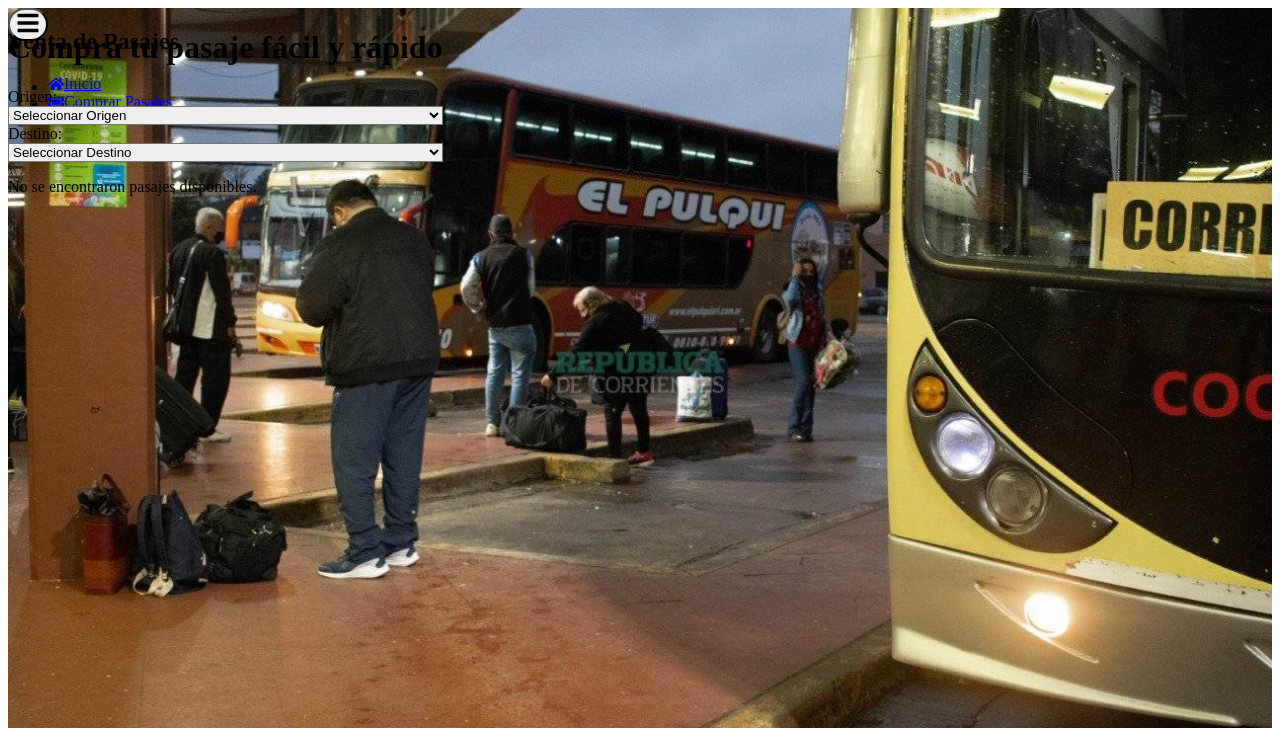
Repository: francoluca35/ventaboletos
Page: /tickets
The author's editor kept a copy of each file at every save. The page is drawn from the files as they stood at one save, then again after the next save.
The browser window is 1280 px wide. The pictures show the whole page.
The page's requests for data from a server got no answer. The project was rebuilt for these pictures with package versions that can differ from the ones it lists, and the page was loaded fresh each time. The framework's server and built-in components were replaced by stand-ins that run in the browser. No one was signed in, and anything a server would have sent is missing. Also part of the build but not shown: next.config.mjs.

Above is the page before, as saved 2025-03-14 18:40:32.

### src/app/layout.js
import { Geist, Geist_Mono } from "next/font/google";
import "./globals.css";
import "./style/tailwinds.css"
const geistSans = Geist({
  variable: "--font-geist-sans",
  subsets: ["latin"],
});

const geistMono = Geist_Mono({
  variable: "--font-geist-mono",
  subsets: ["latin"],
});

export const metadata = {
  title: "Create Next App",
  description: "Generated by create next app",
};

export default function RootLayout({ children }) {
  return (
    <html lang="en">
      <body
        className={`${geistSans.variable} ${geistMono.variable} antialiased`}
      >
        {children}
      </body>
    </html>
  );
}

### src/app/tickets/page.js
"use client";

import { useState, useEffect } from "react";
import Sidebar from "../components/Sidebar";
import axios from "axios";

export default function Home() {
  const [origen, setOrigen] = useState("");
  const [destino, setDestino] = useState("");
  const [fechaDesde, setFechaDesde] = useState("");
  const [fechaHasta, setFechaHasta] = useState("");
  const [pasajes, setPasajes] = useState([]);
  const [todosLosViajes, setTodosLosViajes] = useState([]);
  const [origenesDisponibles, setOrigenesDisponibles] = useState([]);
  const [destinosDisponibles, setDestinosDisponibles] = useState([]);

  useEffect(() => {
    axios.get("http://localhost:5000/api/tickets")
      .then(response => {
        console.log("Datos recibidos:", response.data); // <-- VERIFICA LOS DATOS EN CONSOLA
        setTodosLosViajes(response.data);
        setPasajes(response.data);

        // Obtener valores únicos de origen y destino
        const origenes = [...new Set(response.data.map(ticket => ticket.origen))];
        const destinos = [...new Set(response.data.map(ticket => ticket.destino))];

        console.log("Origenes:", origenes); // <-- VERIFICA QUE ESTO NO SEA VACÍO
        setOrigenesDisponibles(origenes);
        setDestinosDisponibles(destinos);
      })
      .catch(error => console.error("Error cargando viajes:", error));
  }, []);

  return (
    <div className="relative w-full h-screen bg-cover bg-center" style={{ backgroundImage: "url('/fondo-pasajes.jpg')" }}>
      <Sidebar />
      <div className="absolute inset-0 bg-black bg-opacity-50 flex flex-col justify-center items-center">
        <h1 className="text-white text-4xl font-bold mb-6">Compra tu pasaje fácil y rápido</h1>

        {/* Formulario de Búsqueda */}
        <div className="bg-white p-6 rounded-lg shadow-lg w-full max-w-2xl">
          <div className="grid grid-cols-1 md:grid-cols-2 gap-4">

            {/* Origen */}
            <div>
              <label className="block text-gray-700">Origen:</label>
              <select
                className="w-full p-2 border rounded"
                value={origen}
                onChange={(e) => setOrigen(e.target.value)}
              >
                <option value="">Seleccionar Origen</option>
                {origenesDisponibles.length > 0 ? (
                  origenesDisponibles.map((origen, index) => (
                    <option key={index} value={origen}>{origen}</option>
                  ))
                ) : (
                  <option disabled>Cargando...</option>
                )}
              </select>
            </div>

            {/* Destino */}
            <div>
              <label className="block text-gray-700">Destino:</label>
              <select
                className="w-full p-2 border rounded"
                value={destino}
                onChange={(e) => setDestino(e.target.value)}
              >
                <option value="">Seleccionar Destino</option>
                {destinosDisponibles.length > 0 ? (
                  destinosDisponibles.map((destino, index) => (
                    <option key={index} value={destino}>{destino}</option>
                  ))
                ) : (
                  <option disabled>Cargando...</option>
                )}
              </select>
            </div>
          </div>
        </div>

        {/* Resultados */}
        <div className="mt-6 w-full max-w-3xl">
          {pasajes.length > 0 ? (
            <ul className="bg-white p-4 rounded-lg shadow-lg">
              {pasajes.map(ticket => (
                <li key={ticket.id} className="border-b py-2 flex flex-col">
                  <span className="font-bold">{ticket.origen} ➝ {ticket.destino}</span>
                  <span>Precio: ${ticket.precio}</span>
                  <span>Desde: {ticket.fechaDesde} - Hasta: {ticket.fechaHasta}</span>
                </li>
              ))}
            </ul>
          ) : (
            <p className="text-white mt-4">No se encontraron pasajes disponibles.</p>
          )}
        </div>
      </div>
    </div>
  );
}

### src/app/components/Sidebar.js
'use client'
"use client"; // Importante si usas App Router

import Link from "next/link";
import { useState } from "react";
import { FaBars, FaTimes, FaHome, FaTicketAlt } from "react-icons/fa"; // ✅ Import correcto

const Sidebar = () => {
  const [isOpen, setIsOpen] = useState(false);

  return (
    <div className="flex">
      {/* Botón para abrir/cerrar */}
      <button
        onClick={() => setIsOpen(!isOpen)}
        className="fixed top-4 left-4 z-50 text-white bg-blue-600 p-2 rounded-full"
      >
        {isOpen ? <FaTimes size={24} /> : <FaBars size={24} />}
      </button>

      {/* Sidebar */}
      <div
        className={`fixed top-0 left-0 h-full w-64 bg-blue-800 text-white transition-transform ${
          isOpen ? "translate-x-0" : "-translate-x-64"
        }`}
      >
        <h2 className="text-xl font-bold p-4">Venta de Pasajes</h2>
        <ul className="mt-4 space-y-4">
          <li className="px-4 py-2 hover:bg-blue-700">
            <Link href="/" className="flex items-center gap-2">
              <FaHome /> Inicio
            </Link>
          </li>
          <li className="px-4 py-2 hover:bg-blue-700">
            <Link href="/tickets" className="flex items-center gap-2">
              <FaTicketAlt /> Comprar Pasajes
            </Link>
          </li>
        </ul>
      </div>
    </div>
  );
};

export default Sidebar;

Loaded but not shown: src/app/globals.css (common file); src/app/style/tailwinds.css (common file)

After the next save:
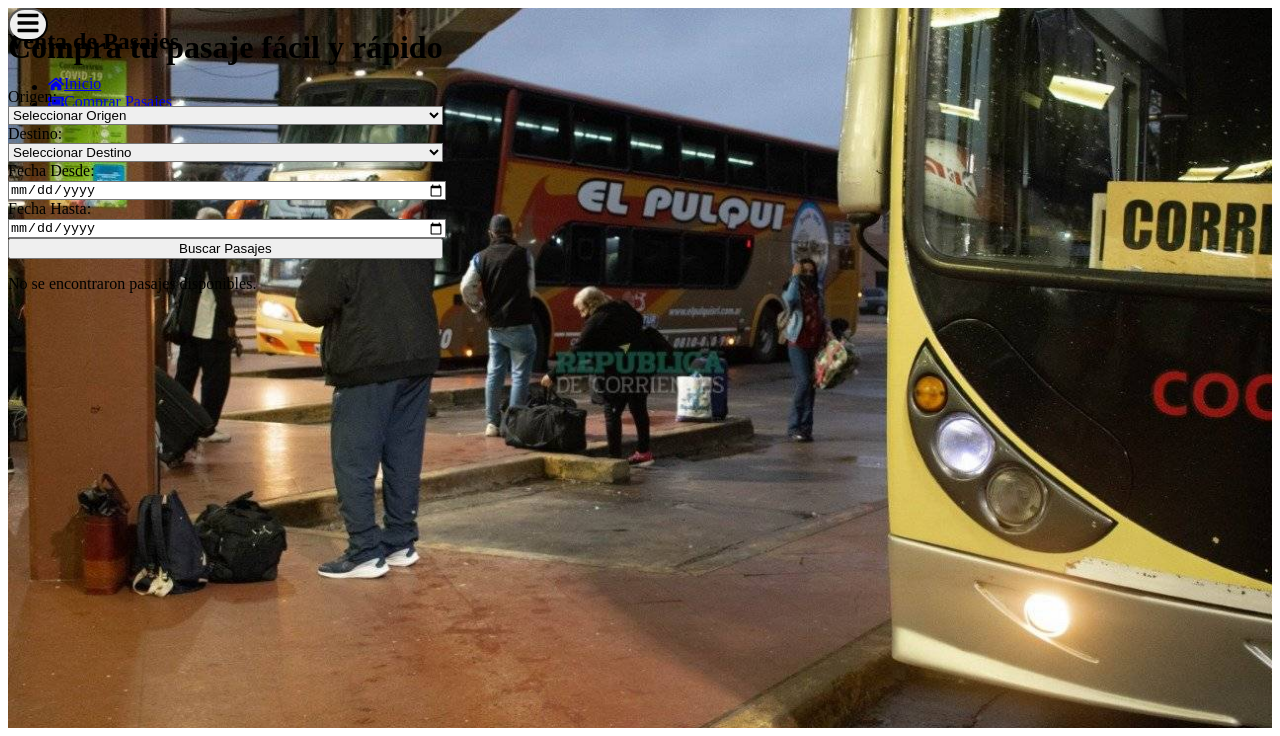
Saved 6 s later.
--- a/src/app/tickets/page.js
+++ b/src/app/tickets/page.js
@@ -14,23 +14,47 @@
   const [origenesDisponibles, setOrigenesDisponibles] = useState([]);
   const [destinosDisponibles, setDestinosDisponibles] = useState([]);
 
+  // Obtener la ubicación del usuario automáticamente
+  useEffect(() => {
+    if (navigator.geolocation) {
+      navigator.geolocation.getCurrentPosition(
+        async (position) => {
+          const { latitude, longitude } = position.coords;
+          try {
+            const response = await axios.get(
+              `https://nominatim.openstreetmap.org/reverse?format=json&lat=${latitude}&lon=${longitude}`
+            );
+            setOrigen(response.data.address.city || "Ubicación no encontrada");
+          } catch (error) {
+            console.error("Error obteniendo ubicación:", error);
+          }
+        },
+        (error) => console.error("Error al obtener la ubicación:", error)
+      );
+    }
+  }, []);
+
+  // Obtener los viajes desde el JSON (API en local)
   useEffect(() => {
     axios.get("http://localhost:5000/api/tickets")
       .then(response => {
-        console.log("Datos recibidos:", response.data); // <-- VERIFICA LOS DATOS EN CONSOLA
         setTodosLosViajes(response.data);
-        setPasajes(response.data);
-
-        // Obtener valores únicos de origen y destino
-        const origenes = [...new Set(response.data.map(ticket => ticket.origen))];
-        const destinos = [...new Set(response.data.map(ticket => ticket.destino))];
-
-        console.log("Origenes:", origenes); // <-- VERIFICA QUE ESTO NO SEA VACÍO
-        setOrigenesDisponibles(origenes);
-        setDestinosDisponibles(destinos);
+        setPasajes(response.data); // Mostrar todos los viajes al inicio
+        setOrigenesDisponibles([...new Set(response.data.map(ticket => ticket.origen))]);
+        setDestinosDisponibles([...new Set(response.data.map(ticket => ticket.destino))]);
       })
       .catch(error => console.error("Error cargando viajes:", error));
   }, []);
+
+  const buscarPasajes = () => {
+    const resultados = todosLosViajes.filter(ticket =>
+      (origen ? ticket.origen.includes(origen) : true) &&
+      (destino ? ticket.destino.includes(destino) : true) &&
+      (!fechaDesde || new Date(ticket.fechaDesde) >= new Date(fechaDesde)) &&
+      (!fechaHasta || new Date(ticket.fechaHasta) <= new Date(fechaHasta))
+    );
+    setPasajes(resultados);
+  };
 
   return (
     <div className="relative w-full h-screen bg-cover bg-center" style={{ backgroundImage: "url('/fondo-pasajes.jpg')" }}>
@@ -51,13 +75,9 @@
                 onChange={(e) => setOrigen(e.target.value)}
               >
                 <option value="">Seleccionar Origen</option>
-                {origenesDisponibles.length > 0 ? (
-                  origenesDisponibles.map((origen, index) => (
-                    <option key={index} value={origen}>{origen}</option>
-                  ))
-                ) : (
-                  <option disabled>Cargando...</option>
-                )}
+                {origenesDisponibles.map((origen, index) => (
+                  <option key={index} value={origen}>{origen}</option>
+                ))}
               </select>
             </div>
 
@@ -70,16 +90,41 @@
                 onChange={(e) => setDestino(e.target.value)}
               >
                 <option value="">Seleccionar Destino</option>
-                {destinosDisponibles.length > 0 ? (
-                  destinosDisponibles.map((destino, index) => (
-                    <option key={index} value={destino}>{destino}</option>
-                  ))
-                ) : (
-                  <option disabled>Cargando...</option>
-                )}
+                {destinosDisponibles.map((destino, index) => (
+                  <option key={index} value={destino}>{destino}</option>
+                ))}
               </select>
             </div>
+
+            {/* Fecha Desde */}
+            <div>
+              <label className="block text-gray-700">Fecha Desde:</label>
+              <input
+                type="date"
+                className="w-full p-2 border rounded"
+                value={fechaDesde}
+                onChange={(e) => setFechaDesde(e.target.value)}
+              />
+            </div>
+
+            {/* Fecha Hasta */}
+            <div>
+              <label className="block text-gray-700">Fecha Hasta:</label>
+              <input
+                type="date"
+                className="w-full p-2 border rounded"
+                value={fechaHasta}
+                onChange={(e) => setFechaHasta(e.target.value)}
+              />
+            </div>
           </div>
+
+          <button
+            onClick={buscarPasajes}
+            className="w-full bg-blue-600 text-white p-3 rounded mt-4"
+          >
+            Buscar Pasajes
+          </button>
         </div>
 
         {/* Resultados */}
